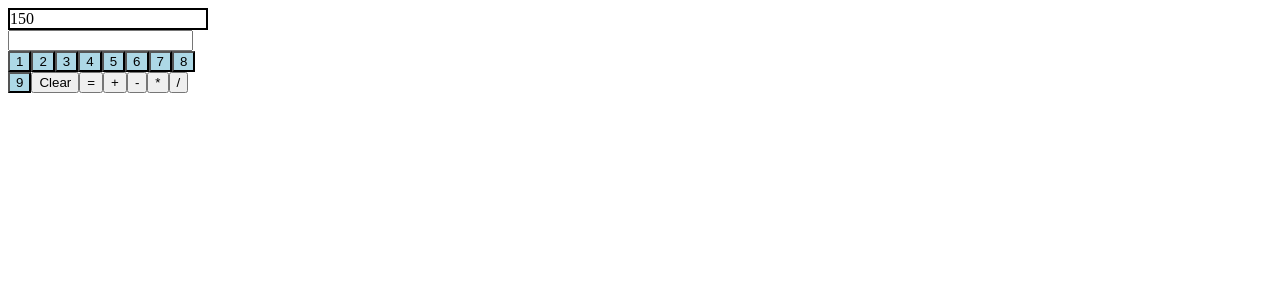
Repository: weazzyefff/Calculator-App
Page: index.html
These files come from the project's save history. The page is drawn as it stood at one moment and after the next save; the edit follows.
The browser window is 1280 px wide. The pictures show the whole page.

Above is the page before, as saved 2022-12-16 19:50:09.

### index.html
<!DOCTYPE html>
<html>
<head>
	<meta charset="utf-8">
	<meta name="viewport" content="width=device-width, initial-scale=1">
	<title>Calculator App</title>
    <link rel="stylesheet" href="style.css">
</head>
<body>
    <div class="container">
        <div class="display">150</div>
        <input>
        <button type ="input" class="numbtn">1</button>
        <button type ="input" class="numbtn">2</button>
        <button type ="input" class="numbtn">3</button>
        <button type ="input" class="numbtn">4</button>
        <button type ="input" class="numbtn">5</button>
        <button type ="input" class="numbtn">6</button>
        <button type ="input" class="numbtn">7</button>
        <button type ="input" class="numbtn">8</button>
        <button type ="input" class="numbtn">9</button>
        <button type ="input">Clear</button>
        <button type ="input">=</button>
        <button type ="input">+</button>
        <button type = "input">-</button>
        <button type = "input">*</button>
        <button type = "input">/</button>
    </div>


</body>
</html>

### style.css
.container {
    width: 200px;
    display: flex;
    flex-wrap: wrap;
}
.display {
    border: 2px solid black;
    width: 200px;
}
.numbtn {
    background-color: lightblue;
}

After the next save:
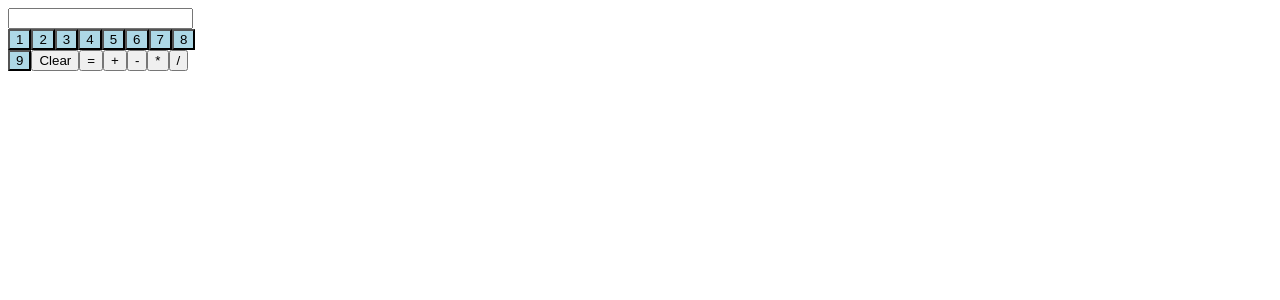
Saved 6 s later.
--- a/index.html
+++ b/index.html
@@ -8,7 +8,6 @@
 </head>
 <body>
     <div class="container">
-        <div class="display">150</div>
         <input>
         <button type ="input" class="numbtn">1</button>
         <button type ="input" class="numbtn">2</button>
